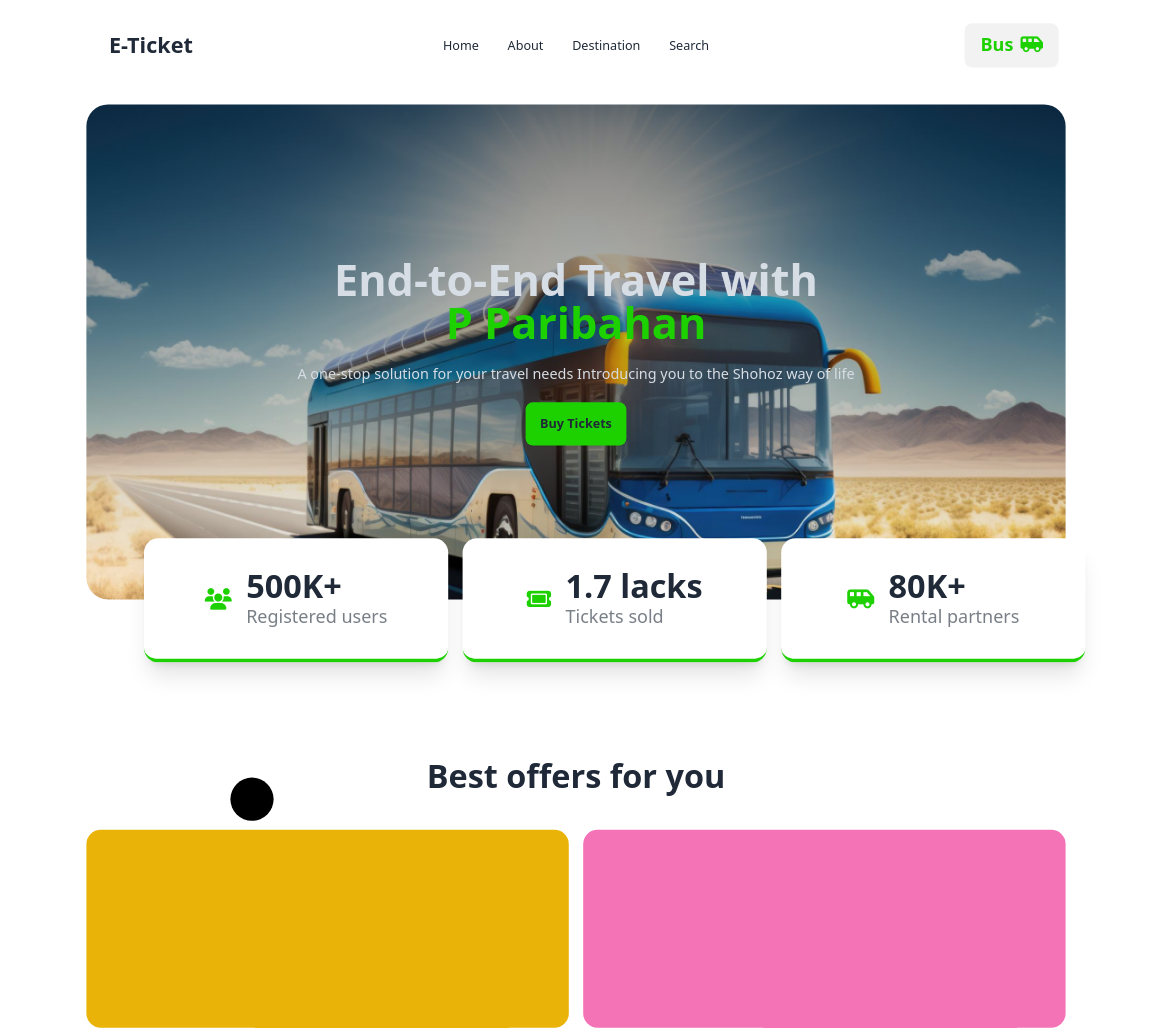
Repository: RudrasahaDibos/Smart-ticketing
Page: index.html
The author's editor kept a copy of each file at every save. The page is drawn from the files as they stood at one save, then again after the next save.
The browser window is 1280 px wide. The pictures show the whole page, at 90% of full size.
Some web fonts or font styles are not loaded; a fallback is used. Some web libraries are served in a nearby version.

Above is the page before, as saved 2024-11-10 01:11:19.

### index.html
<!DOCTYPE html>
<html lang="en">
<head>
    <meta charset="UTF-8">
    <meta name="viewport" content="width=device-width, initial-scale=1.0">
    <title>Smart-ticketing</title>
    <!-- tailwind link -->
<link href="https://cdn.jsdelivr.net/npm/daisyui@4.12.14/dist/full.min.css" rel="stylesheet" type="text/css" />
<script src="https://cdn.tailwindcss.com"></script>
<!-- font awesome link -->
<link rel="stylesheet" href="https://cdnjs.cloudflare.com/ajax/libs/font-awesome/6.6.0/css/all.min.css" integrity="sha512-Kc323vGBEqzTmouAECnVceyQqyqdsSiqLQISBL29aUW4U/M7pSPA/gEUZQqv1cwx4OnYxTxve5UMg5GT6L4JJg==" crossorigin="anonymous" referrerpolicy="no-referrer" />

<!-- google fonts  -->
<link rel="preconnect" href="https://fonts.googleapis.com">
<link rel="preconnect" href="https://fonts.gstatic.com" crossorigin>
<link href="https://fonts.googleapis.com/css2?family=Anton+SC&family=Manrope:wght@200..800&family=Raleway:ital,wght@0,100..900;1,100..900&display=swap" rel="stylesheet">

<style>
.raleway{
  font-family: "Raleway", sans-serif;
}
</style>



</head>
<body>
    <!-- header ends here -->
    <header  class="container mx-auto lg:pl-24 lg:pr-24 lg:pt-4 w-[1400px]">
               <div>
                <!-- navbar starts here -->
                <div class="navbar bg-base-100">
                    <div class="navbar-start">
                      <div class="dropdown">
                        <div tabindex="0" role="button" class="btn btn-ghost lg:hidden">
                          <svg
                            xmlns="http://www.w3.org/2000/svg"
                            class="h-5 w-5"
                            fill="none"
                            viewBox="0 0 24 24"
                            stroke="currentColor">
                            <path
                              stroke-linecap="round"
                              stroke-linejoin="round"
                              stroke-width="2"
                              d="M4 6h16M4 12h8m-8 6h16" />
                          </svg>
                        </div>
                        <ul
                          tabindex="0"
                          class="menu menu-sm dropdown-content bg-base-100 rounded-box z-[1] mt-3 w-52 p-2 shadow">
                          <li><a>Home</a></li>
                          <li><a>About</a></li>
                          <li><a>Destination</a></li>
                          <li><a>Search</a></li>
                        </ul>
                      </div>
                      <a class="btn btn-ghost text-2xl font-extrabold">E-Ticket</a>
                    </div>
                    <div class="navbar-center hidden lg:flex">
                      <ul class="menu menu-horizontal px-1">
                        <li><a>Home</a></li>
                        <li><a>About</a></li>
                        <li><a>Destination</a></li>
                        <li><a>Search</a></li>
                      </ul>
                    </div>
                    <div class="navbar-end">
                      <a class="btn text-[#1DD100]  border-1  text-xl">Bus <i class="fa-solid fa-van-shuttle"></i></a>
                    </div>
                  </div>
               </div>

              <!-- banner start here -->

              <div
              class="hero h-[550px] mt-8 bg-[url('/images/banner.png')] rounded-3xl relative">

              <div class="hero-content text-neutral-content text-center">
                <div class="">
                  <h1 class="mb-5 text-5xl font-extrabold">End-to-End Travel with <br> <span class="text-5xl text-[#1DD100]  font-extrabold">P Paribahan</span></h1>
                  <p class="mb-5">
                    A one-stop solution for your travel needs

                    Introducing you to the Shohoz way of life
                  </p>
                  <button class="btn bg-[#1DD100] border-none">Buy Tickets</button>
                </div>
              </div>
            </div>



                 <!-- banner end here -->

                <!-- 3 card start here  -->

                        <div class=" flex justify-between items-center gap-4 pl-16 pr-16 absolute -bottom-4   ">
                            <div class="stat flex bg-white justify-center items-center shadow-xl  border-b-4 border-b-[#1DD100]  rounded-2xl w-[338px] h-[138px]">
                                <div class="text-[#1DD100] text-2xl font-extrabold ">
                                    <i class="fa-solid fa-users"></i>
                                  </div>

                             <div>
                                <div class="stat-value">500K+</div>
                                <div class="stat-desc text-xl ">Registered users</div>
                             </div>


                            </div>

                            <div class="stat flex bg-white justify-center items-center  border-b-4 border-b-[#1DD100] shadow-xl  rounded-2xl w-[338px] h-[138px]">
                                <div class="text-[#1DD100] text-2xl font-extrabold ">
                                    <i class="fa-solid fa-ticket  "></i>

                                  </div>

                             <div>
                                <div class="stat-value">1.7 lacks</div>
                                <div class="stat-desc text-xl ">Tickets sold</div>
                             </div>


                            </div>

                            <div class="stat flex bg-white justify-center items-center  border-b-4 border-b-[#1DD100] shadow-xl  rounded-2xl w-[338px] h-[138px]">
                                <div class="text-[#1DD100] text-2xl font-extrabold ">
                                    <i class="fa-solid fa-van-shuttle"></i>

                                  </div>

                             <div>
                                <div class="stat-value">80K+</div>
                                <div class="stat-desc text-xl ">Rental partners</div>
                             </div>


                            </div>
                          </div>




                  <!-- 3 card ends here -->

               <!-- navbar Ends here -->
    </header>
    <!-- header ends here -->


     <!-- main start here -->
    <main class="container mx-auto lg:pl-24 lg:pr-24 lg:pt-4 w-[1400px]" >
                  <!-- Best offers for you start here -->
                     <section class="mt-40">
                               <h1 class="text-4xl font-semibold text-center">Best offers for you</h1>

                                <div class="flex gap-4 mt-10">
                                    <div class="bg-yellow-500  w-[573px] h-[220px] rounded-2xl">
                                               <p class="bg-black w-[48px] h-[48px] absolute mx-auto rounded-full  -bottom-48 left-64"></p>
                                    </div>
                                    <div class="bg-pink-400   w-[573px] h-[220px] rounded-2xl">

                                    </div>
                                </div>
                     </section>

                  <!-- Best offers for you ends here -->
    </main>
    <!-- main ends here -->



    <!-- js add -->
     <script src="index.js"></script>
</body>
</html>

Loaded but not shown: index.js (common file)

After the next save:
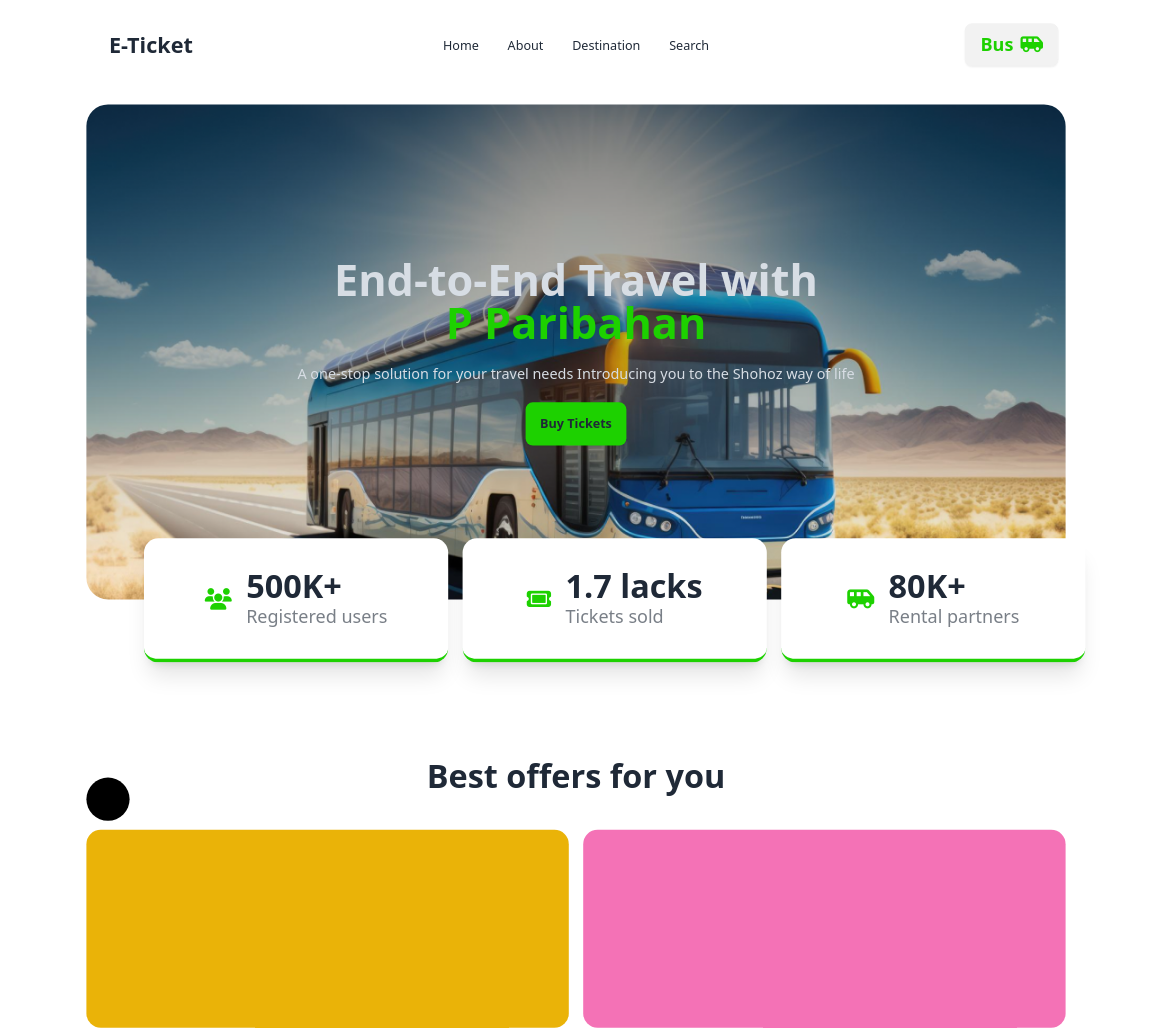
Saved 8 s later.
--- a/index.html
+++ b/index.html
@@ -156,7 +156,7 @@
 
                                 <div class="flex gap-4 mt-10">
                                     <div class="bg-yellow-500  w-[573px] h-[220px] rounded-2xl">
-                                               <p class="bg-black w-[48px] h-[48px] absolute mx-auto rounded-full  -bottom-48 left-64"></p>
+                                               <p class="bg-black w-[48px] h-[48px] absolute mx-auto rounded-full  -bottom-48 left-"></p>
                                     </div>
                                     <div class="bg-pink-400   w-[573px] h-[220px] rounded-2xl">
 
